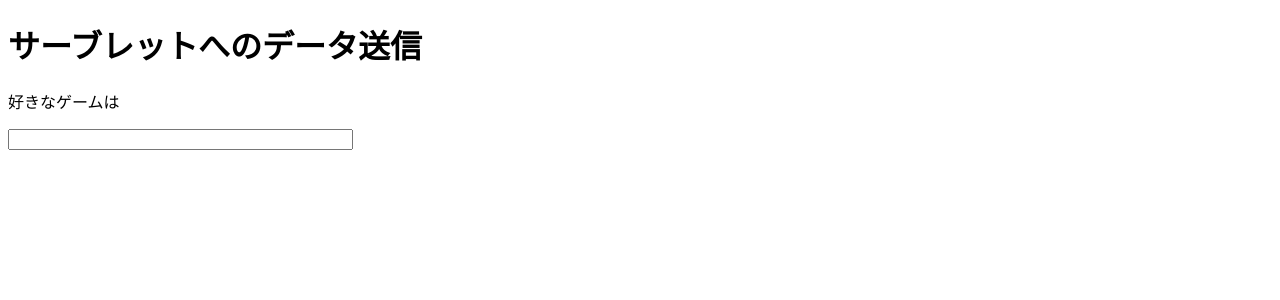
Repository: teamoo24/Java_Servlet_Project
Page: RequestRecvPJ/WebContent/FormSample.html
The author's editor kept a copy of each file at every save. The page is drawn from the files as they stood at one save, then again after the next save.
The browser window is 1280 px wide. The pictures show the whole page.

Above is the page before, as saved 2019-05-15 13:40:09.

### RequestRecvPJ/WebContent/FormSample.html
<!DOCTYPE html>
<html>
<head>
<meta charset="UTF-8">
<title>サーブレットへのデータ送信</title>
</head>
<body>
<h1>サーブレットへのデータ送信</h1>
<form action="RequestRecv" method="GET">
<p>好きなゲームは</p>
<input type="TEXT" name="GAME" size=40>
</form>
</body>
</html>

After the next save:
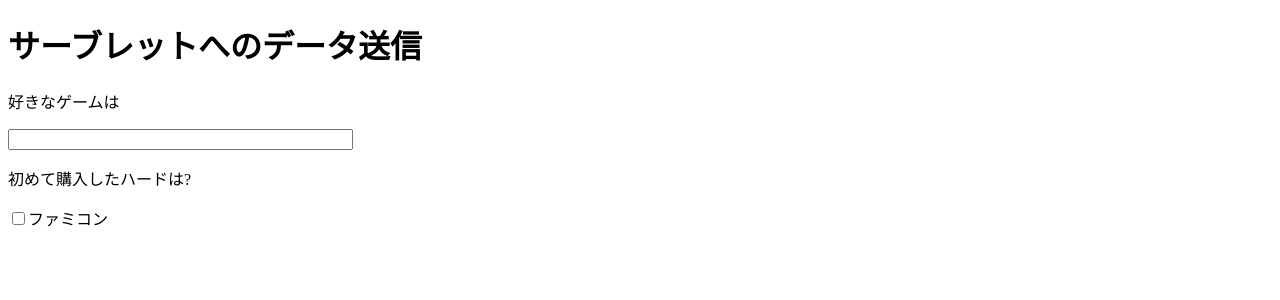
Saved 63 s later.
--- a/RequestRecvPJ/WebContent/FormSample.html
+++ b/RequestRecvPJ/WebContent/FormSample.html
@@ -9,6 +9,9 @@
 <form action="RequestRecv" method="GET">
 <p>好きなゲームは</p>
 <input type="TEXT" name="GAME" size=40>
+<p>初めて購入したハードは?</p>
+<input type="checkbox" name="Hard" value="ファミコン">ファミコン<br/>
+
 </form>
 </body>
 </html>
